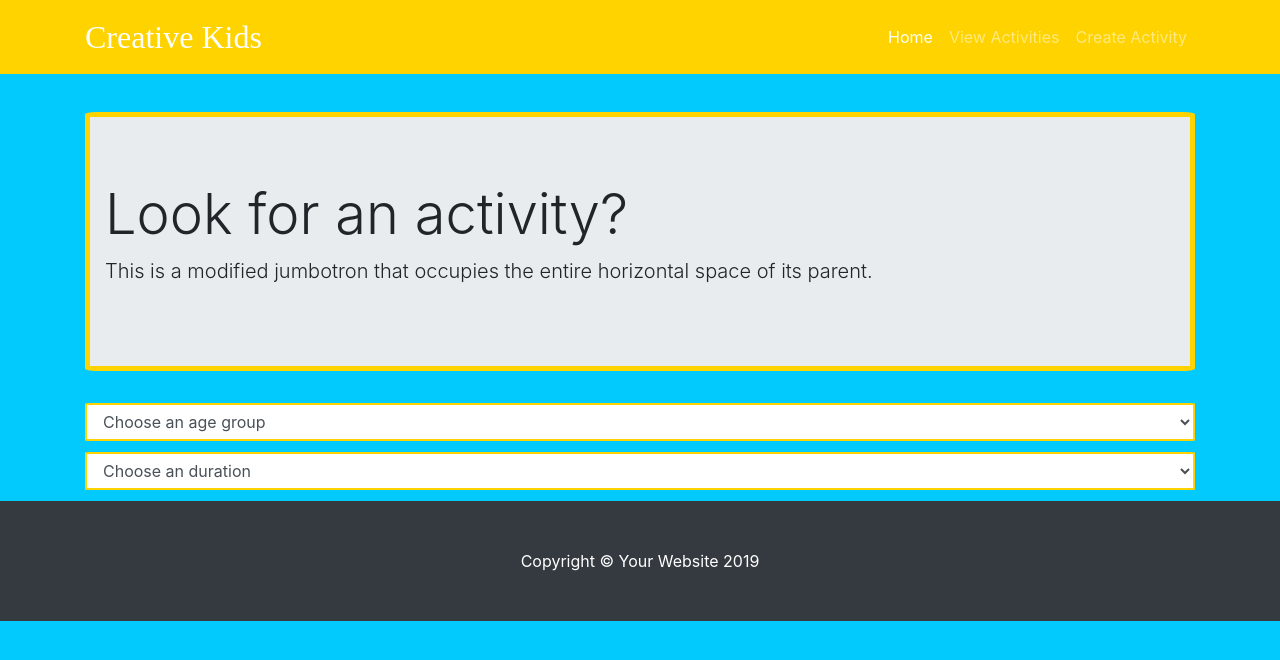
Repository: Neilfoster/milestone_project_3
Page: http://localhost/activity_view
The author's editor kept a record of every edit. The page is drawn from the files as they stood at one moment, then again after the next edit.
The browser window is 1280 px wide. The pictures show the whole page.
Some web fonts or font styles are not loaded; a fallback is used. Some web libraries are served in a nearby version. The page is served by the project's application, run on Flask 3 (app.py). Queries for data that is not in the repository find no rows.

Above is the page before.

### templates/activity_view.html
{% extends "base.html" %} {% block content %}
<div class="container">
    <!-- heading -->
    <div class="jumbotron jumbotron-fluid cstm_jumb">
        <div class="container">
            <h1 class="display-4">Look for an activity?</h1>
            <p class="lead">This is a modified jumbotron that occupies the entire horizontal space of its parent.</p>
        </div>
    </div>
    <!-- Select Menus -->
    <select class="form-control cstm_select" id="age_group" name="age_group">
            <option value="" disabled selected>Choose an age group</option>
               {% for age in ages %}
            <option value="{{age.age_group.capitalize()}}">{{age.age_group.capitalize()}}</option>
               {% endfor %}
    </select>

    <select class="form-control cstm_select" id="activity_duration" name="activity_duration">
            <option value="" disabled selected>Choose an duration</option>
               {% for duration in durations %}
            <option value="{{duration.activity_duration.capitalize()}}">{{duration.activity_duration.capitalize()}}</option>
               {% endfor %}
    </select>


    <!-- Cards -->
    <div class="row">
        {%for activity in activities %}


        <div class="col-lg-4 col-md-6 col-sm col-xs-12">
            <div class="card cstm_card accordion" id="accordionExample" style="width: 18rem;">
                <img src="https://images-na.ssl-images-amazon.com/images/I/91TPy6s2TzL._SX425_.jpg" class="card-img-top" alt="...">
                <div class="card-body">
                    <h5 class="card-title"> {{activity.activity_name}} </h5>
                </div>
                <ul class="list-group list-group-flush">
                    <li class="list-group-item"><strong>Age:</strong> {{activity.age_group.capitalize()}}</li>
                    <li class="list-group-item"><strong>Duration:</strong> {{activity.activity_duration.capitalize()}}</li>
                    <li class="list-group-item"><strong>Equipment:</strong> {{activity.equipment.capitalize()}}</li>
                </ul>
                <div class="card-body">
                    <div class="card">
                        <div class="card-header" id="headingOne">
                            <h2 class="mb-0">
                                <button class="btn btn-link" type="button" data-toggle="collapse" data-target="#collapseOne" aria-expanded="true" aria-controls="collapseOne">
                                          View Details
                                </button>
                            </h2>
                        </div>
                        <div id="collapseOne" class="collapse " aria-labelledby="headingOne" data-parent="#accordionExample">
                            <div class="card-body">
                                {{activity.details.capitalize()}}
                            </div>
                        </div>
                    </div>
                </div>
            </div>
        </div>

        {% endfor %}
    </div>

</div>

{% endblock %}

### templates/base.html
<!DOCTYPE html>
<html lang="en">

<head>

  <meta charset="utf-8">
  <meta name="viewport" content="width=device-width, initial-scale=1, shrink-to-fit=no">
  <meta name="description" content="">
  <meta name="author" content="">

  <title>Creative Kids</title>

  <!-- Bootstrap core CSS -->
  <link href="static/css/bootstrap.min.css" rel="stylesheet">

  <!-- CDN for Bootstrap core CSS -->
  <!-- <link rel="stylesheet" href="https://stackpath.bootstrapcdn.com/bootstrap/4.3.1/css/bootstrap.min.css" type="text/css" /> -->

  <!-- Custom styles for this template -->
  <link href="static/css/small-business.css" rel="stylesheet">

  <!-- Custom styles-->
  <link href="static/css/style.css" rel="stylesheet">

  <!-- Google Fonts-->
  <link href="https://fonts.googleapis.com/css?family=Butterfly+Kids&display=swap" rel="stylesheet">

</head>

<body>

  <!-- Navigation -->
  <nav class="navbar navbar-expand-lg navbar-dark fixed-top cstmnav">
    <div class="container">
      <a class="navbar-brand nav_txt" href="{{url_for('activity_view')}}">Creative Kids</a>
      <button class="navbar-toggler" type="button" data-toggle="collapse" data-target="#navbarResponsive" aria-controls="navbarResponsive" aria-expanded="false" aria-label="Toggle navigation">
        <span class="navbar-toggler-icon"></span>
      </button>
      <div class="collapse navbar-collapse" id="navbarResponsive">
        <ul class="navbar-nav ml-auto">
          <li class="nav-item active">
            <a class="nav-link" href="">Home
              <span class="sr-only">(current)</span>
            </a>
          </li>
          <li class="nav-item">
            <a class="nav-link" href="{{url_for('activity_view')}}">View Activities</a>
          </li>
          <li class="nav-item">
            <a class="nav-link" href="{{url_for('add_activity')}}">Create Activity</a>
          </li>

        </ul>
      </div>
    </div>
  </nav>

  {% block content %} {% endblock %}



  <!-- Footer -->
  <footer class="py-5 bg-dark">
    <div class="container">
      <p class="m-0 text-center text-white">Copyright &copy; Your Website 2019</p>
    </div>
    <!-- /.container -->
  </footer>


  <!-- Bootstrap core JavaScript -->
  <script src="static/js/jquery.min.js"></script>
  <script src="static/js/bootstrap.bundle.min.js"></script>

<!-- Font Awesome js-->
  <script src="https://kit.fontawesome.com/8aa891fdce.js" crossorigin="anonymous"></script>
</body>

</html>

### app.py
import os
from flask import Flask, render_template, redirect, request, url_for
from flask_pymongo import PyMongo
from bson.objectid import ObjectId

app = Flask(__name__)

app.config["MONGO_DBNAME"] = 'milestoneproject3me'
app.config["MONGO_URI"] = os.environ.get('mongo_uri')

mongo = PyMongo(app)

@app.route('/')
@app.route('/home')
def get_activities():
    return render_template("home.html",
    activities=mongo.db.Activities.find())

@app.route('/activity_view')
def activity_view():
    return render_template('activity_view.html',
    activities=mongo.db.Activities.find().limit(6),
    ages=mongo.db.ages.find(),
    durations=mongo.db.duration.find())

@app.route('/add_activity', methods=['POST', 'GET'])
def add_activity():
    return render_template('add_activity.html',
    ages=mongo.db.ages.find(),
    durations=mongo.db.duration.find())

@app.route('/insert_activity', methods=['POST'])
def insert_activity():
    activities=mongo.db.Activities
    activities.insert_one(request.form.to_dict())
    return redirect(url_for('activity_view'))


if __name__ == "__main__":
    app.run(host=os.environ.get('IP'),
        port=int(os.environ.get('PORT')),
        debug=True)

### static/css/style.css
body {
    background-color: #03cafc;

}

.forum_text {
    margin-left: 1%;
}

.my_button{
    margin-bottom: 2%;
}

.cstmnav{
    background-color: #ffd300;
}

.cstm_jumb{
    border: 5px solid #ffd300;
    border-radius:1%;
    margin-top: 5%;
}

.cstm_select {
    border: 2px solid #ffd300;
    border-radius:1%;
    margin-top:1%;
    margin-bottom: 1%;
}

.cstm_card {
    border: 2px solid #ffd300;
    border-radius:1%;
    margin:1%;
}

.cstm_jumb_home{
    background-color: #ffd300;
}

.nav_txt {
    font-size:2rem;
    font-family: 'Butterfly Kids', cursive;
}

.home_title {
    font-family: 'Butterfly Kids', cursive;
    font-size:3rem;
}

.add_forum {
     border: 2px solid #ffd300;
    border-radius:1%;
}

.add_title {
    font-family: 'Butterfly Kids', cursive;
    font-size: 4rem;
}

Loaded but not shown: static/css/bootstrap.min.css (library); static/css/small-business.css (common file); static/js/jquery.min.js (library); static/js/bootstrap.bundle.min.js (library)

After the next edit:
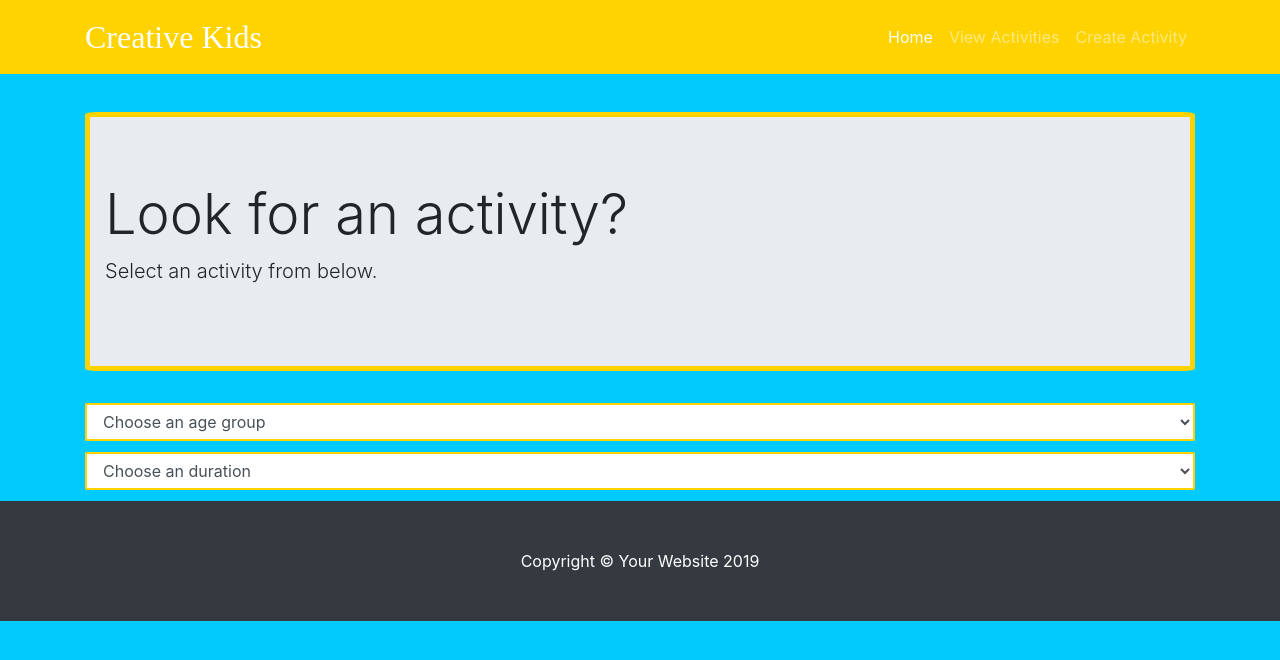
The edit:
--- a/templates/activity_view.html
+++ b/templates/activity_view.html
@@ -4,7 +4,7 @@
     <div class="jumbotron jumbotron-fluid cstm_jumb">
         <div class="container">
             <h1 class="display-4">Look for an activity?</h1>
-            <p class="lead">This is a modified jumbotron that occupies the entire horizontal space of its parent.</p>
+            <p class="lead">Select an activity from below.</p>
         </div>
     </div>
     <!-- Select Menus -->
